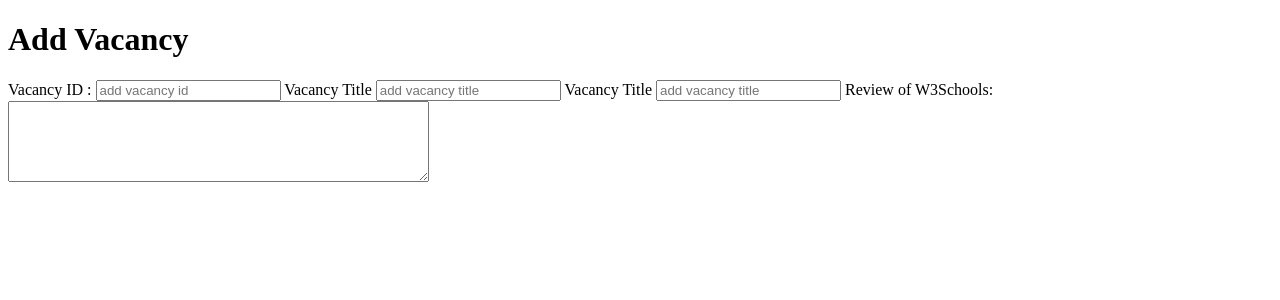
Repository: IT21221064/JobPortal
Page: http://localhost/signup/addVacancy.jsp
The author's editor kept a copy of each file at every save. The page is drawn from the files as they stood at one save, then again after the next save.
The browser window is 1280 px wide. The pictures show the whole page.
The page is served by Tomcat 9.

Above is the page before, as saved 2023-07-14 17:05:55.

### jobPortal/signup/src/main/webapp/addVacancy.jsp
<%@ page language="java" contentType="text/html; charset=ISO-8859-1"
    pageEncoding="ISO-8859-1"%>
<!DOCTYPE html>
<html>
<head>
<meta charset="ISO-8859-1">
<title>Insert title here</title>
</head>
<body>
<h1>Add Vacancy</h1>
<label for="vid">Vacancy ID : </label>
<input type="text" name="vid" id="vid" placeholder="add vacancy id">
<label for="vtitle">Vacancy Title</label>
<input type="text" name="vtitle" id="vtitle" placeholder="add vacancy title">
<label for ="vtitle">Vacancy Title</label>
<input type="text" name="vtitle" id="vtitle" placeholder="add vacancy title">
<label for ="jobreqs">Review of W3Schools:</label>
<textarea id="jobreqs" name="jobreqs" rows="5" cols="50"></textarea>


</body>
</html>

After the next save:
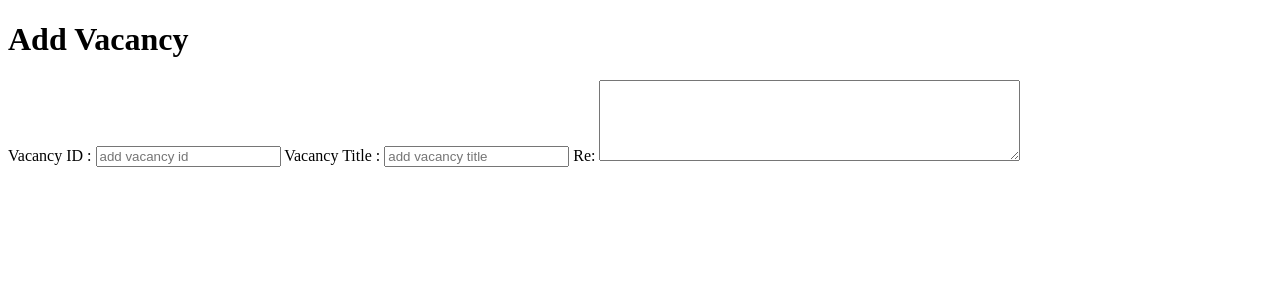
Saved 51 s later.
--- a/jobPortal/signup/src/main/webapp/addVacancy.jsp
+++ b/jobPortal/signup/src/main/webapp/addVacancy.jsp
@@ -9,12 +9,10 @@
 <body>
 <h1>Add Vacancy</h1>
 <label for="vid">Vacancy ID : </label>
-<input type="text" name="vid" id="vid" placeholder="add vacancy id">
-<label for="vtitle">Vacancy Title</label>
-<input type="text" name="vtitle" id="vtitle" placeholder="add vacancy title">
-<label for ="vtitle">Vacancy Title</label>
-<input type="text" name="vtitle" id="vtitle" placeholder="add vacancy title">
-<label for ="jobreqs">Review of W3Schools:</label>
+<input type="text" name="vid" id="vid" placeholder="add vacancy id"/>
+<label for="vtitle">Vacancy Title : </label>
+<input type="text" name="vtitle" id="vtitle" placeholder="add vacancy title"/>
+<label for ="jobreqs">Re:</label>
 <textarea id="jobreqs" name="jobreqs" rows="5" cols="50"></textarea>
 
 
